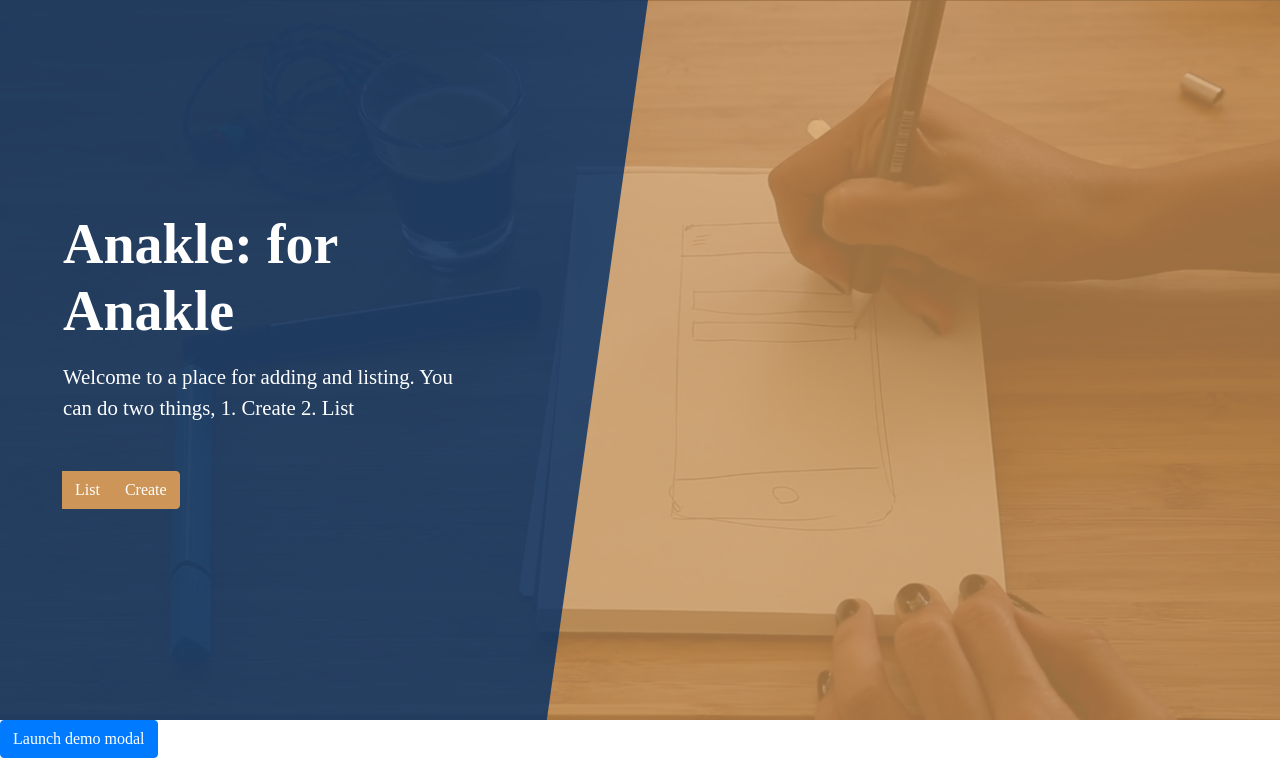
Repository: Guruscode/mega-list
Page: http://localhost/
The author's editor kept a copy of each file at every save. The page is drawn from the files as they stood at one save, then again after the next save.
The browser window is 1280 px wide. The pictures show the whole page.
Some web fonts or font styles are not loaded; a fallback is used. The page is run by PHP 8.4 with error messages shown; the project is at /var/www/html/.

Above is the page before, as saved 2018-02-22 16:13:10.
Console error: TypeError: Cannot read properties of undefined (reading 'fn')

After the next save:
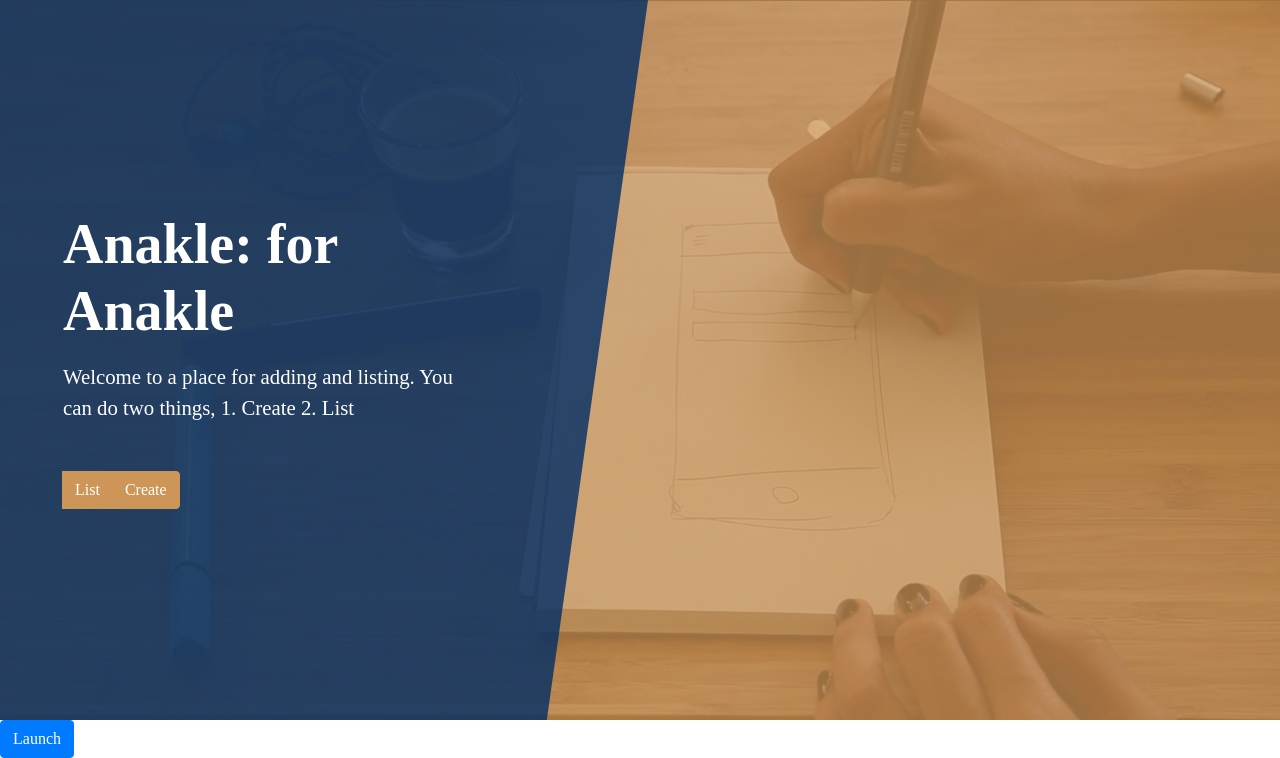
Saved 7 s later.
--- a/index.php
+++ b/index.php
@@ -42,7 +42,7 @@
 
 <!-- Button trigger modal -->
 <button type="button" class="btn btn-primary" data-toggle="modal" data-target="#exampleModalCenter">
-  Launch demo modal
+  Launch
 </button>
 
 <!-- Modal -->
